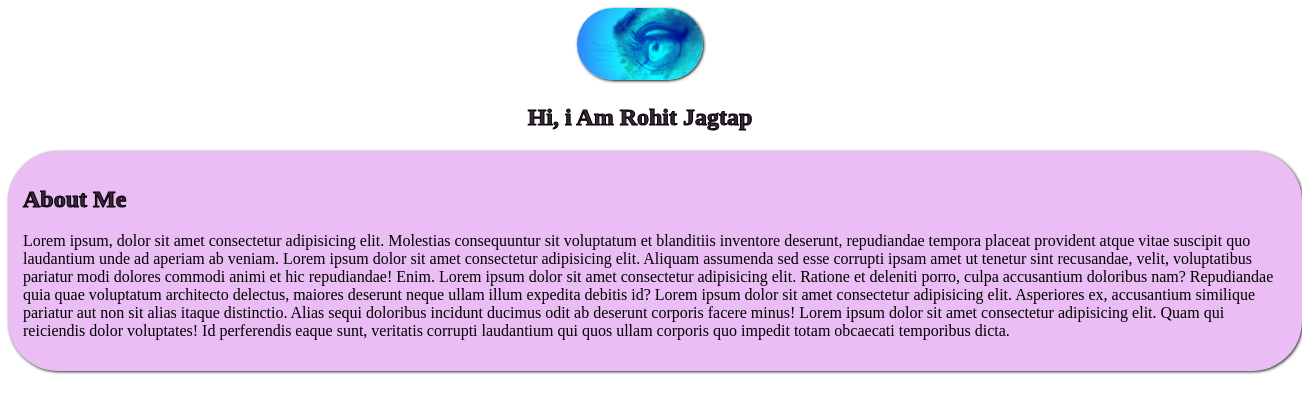
Repository: MintuKrishnan/subrahmanyam-batch
Page: front-end/html/port/about_me.html
These files come from the project's save history. The page is drawn as it stood at one moment and after the next save; the edit follows.
The browser window is 1280 px wide. The page is 1302 px wide, then 1312 px, so the pictures cover 1312 px, including what lies to the right of the window. The pictures show the whole page.

Above is the page before, as saved 2021-02-26 19:01:51.

After the next save:
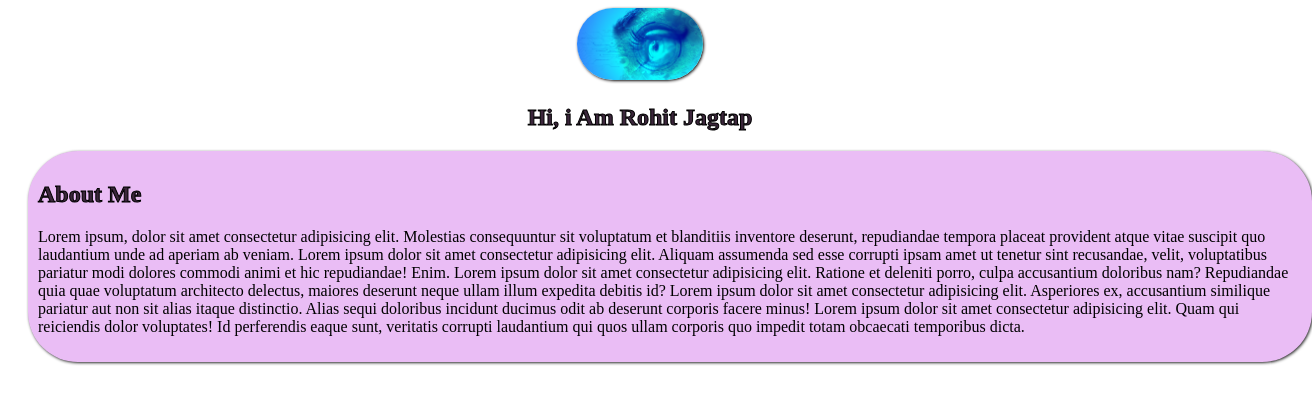
Saved 20 s later.
--- a/front-end/html/port/style.css
+++ b/front-end/html/port/style.css
@@ -15,6 +15,10 @@ img {
   text-align: center;
 }
 
+.about {
+  margin: 20px;
+  padding: 10px;
+}
 h2 {
   -webkit-text-stroke: 1px black;
   color: rgb(59, 38, 59);
